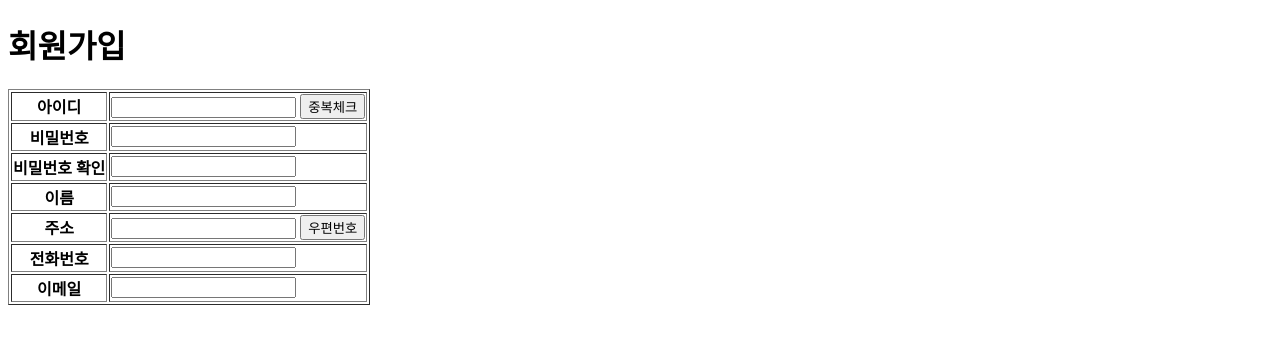
Repository: dhdhdht/Semi-login
Page: http://localhost/Semi_login/regist.jsp
The author's editor kept a copy of each file at every save. The page is drawn from the files as they stood at one save, then again after the next save.
The browser window is 1280 px wide. The pictures show the whole page.
The page is served by Tomcat 9. Other server files are loaded and not shown.

Above is the page before, as saved 2021-03-27 08:54:27.
Console error: SyntaxError: Unexpected identifier 'idChk'

### Semi_login/WebContent/regist.jsp
<%@ page language="java" contentType="text/html; charset=UTF-8"
    pageEncoding="UTF-8"%>
<!DOCTYPE html>
<html>
<head>
<meta charset="UTF-8">
<title>Insert title here</title>

<script type="text/javascript">
	function idChkProc(){
		var chk = document.getElementsByName("member_id")[0].title;
		if(chk == 'n'){
			alert("id 중복체크를 해주세요");
			document.getElementsByName("member_id")[0].focus();
		}
	}

	functiond idChk(){
		var member_id = document.getElementsByName("member_id")[0].value;

		if(member_id == null || member_id.trim() == ""){
			alert("id를 입력해주세요");
		} else {
			open("")
		}
	}

</script>
</head>
<body>

	<h1>회원가입</h1>

	<form action="" method="post">
		<input type="hidden" name="command" value="insertuser" />

		<table border="1">
			<tr>
				<th>아이디</th>
				<td>
					<input type="text" name="member_id" required="required" />
					<input type="button" value="중복체크" onclick="idChk();"/>
				</td>
			</tr>
			<tr>
				<th>비밀번호</th>
				<td>
					<input type="password" name="member_pw" required="required" onclick="idChkProc();" />
				</td>
			</tr>
			<tr>
				<th>비밀번호 확인</th>
				<td>
					<input type="password" name="" />
				</td>
			</tr>
			<tr>
				<th>이름</th>
				<td>
					<input type="text" name="member_name" required="required" onclick="idChkProc();" />
				</td>
			</tr>
			<tr>
				<th>주소</th>
				<td>
					<input type="text" />
					<input type="button" value="우편번호" />
				</td>
			</tr>
			<tr>
				<th>전화번호</th>
				<td>
					<input type="text" name="member_phone" required="required" onclick="idChkProc();" />
				</td>
			</tr>
			<tr>
				<th>이메일</th>
				<td>
					<input type="text" name="member_email" required="required" onclick="idChkProc();" />
				</td>
			</tr>
		</table>
	</form>

</body>
</html>

After the next save:
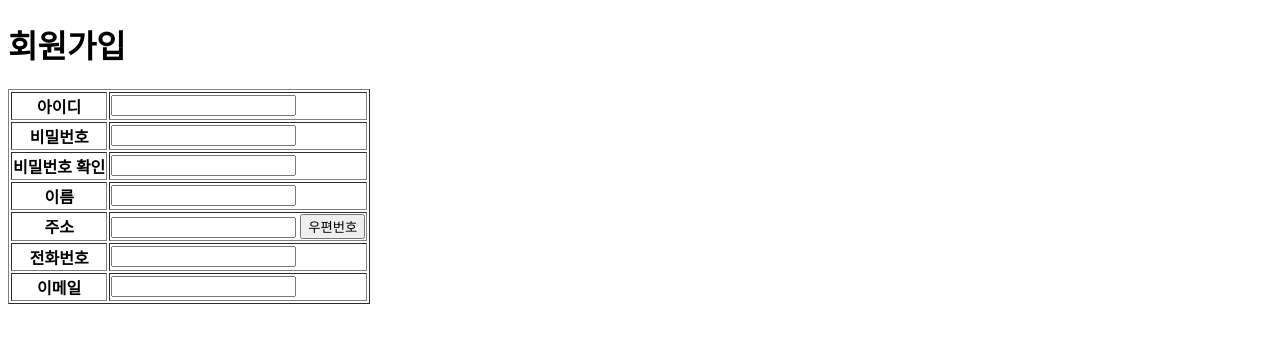
The error is gone.
Saved 3 h 32 min later.
--- a/Semi_login/WebContent/regist.jsp
+++ b/Semi_login/WebContent/regist.jsp
@@ -15,14 +15,18 @@
 		}
 	}
 
-	functiond idChk(){
+	function idChk(){
 		var member_id = document.getElementsByName("member_id")[0].value;
 
 		if(member_id == null || member_id.trim() == ""){
 			alert("id를 입력해주세요");
 		} else {
-			open("")
+
 		}
+	}
+
+	function jusoPopup(){
+		var pop = window.open("jusoPopup.jsp")
 	}
 
 </script>
@@ -39,7 +43,7 @@
 				<th>아이디</th>
 				<td>
 					<input type="text" name="member_id" required="required" />
-					<input type="button" value="중복체크" onclick="idChk();"/>
+					<span id="idMsg" class=""></span>
 				</td>
 			</tr>
 			<tr>
@@ -63,8 +67,8 @@
 			<tr>
 				<th>주소</th>
 				<td>
-					<input type="text" />
-					<input type="button" value="우편번호" />
+					<input type="text" maxlangth="14"/>
+					<input type="button" value="우편번호" onclick="jusoPopup();" />
 				</td>
 			</tr>
 			<tr>
